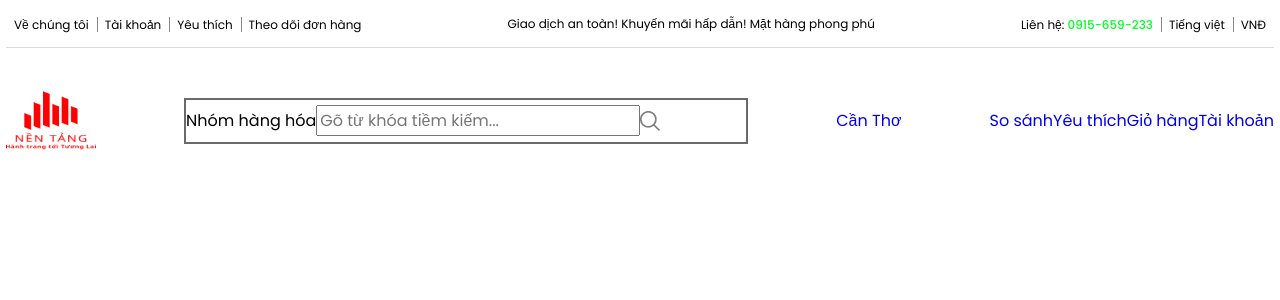
Repository: DucNghia2004/project_pro_01
Page: index.html
An editor plug-in stored every save of this project. The page is shown before and after the next save, followed by the edit.
The browser window is 1280 px wide. The pictures show the whole page.

Above is the page before, as saved 2024-05-30 21:25:56.

After the next save:
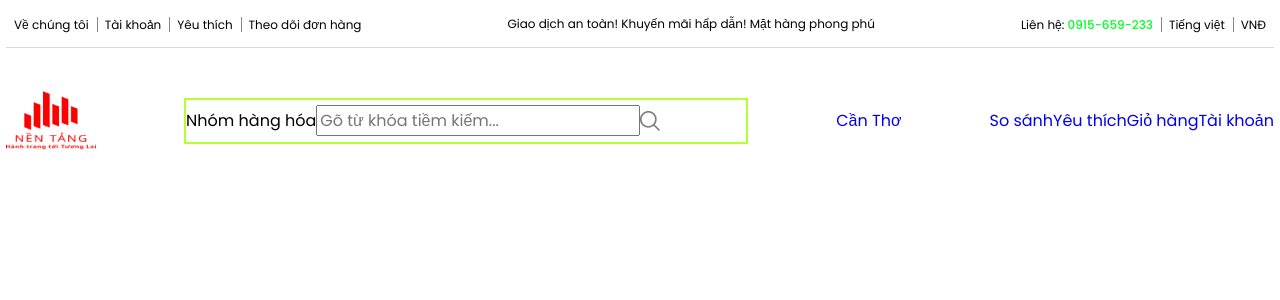
Saved 20 s later.
--- a/assets/css/styles.css
+++ b/assets/css/styles.css
@@ -143,7 +143,7 @@ a {
     align-items: center;
     width: 564px;
     height: 46px;
-    border: 2px solid rgba(0, 0, 0, 0.584);
+    border: 2px solid rgb(179, 255, 47);
 }
 
 .info-consumer__list {
